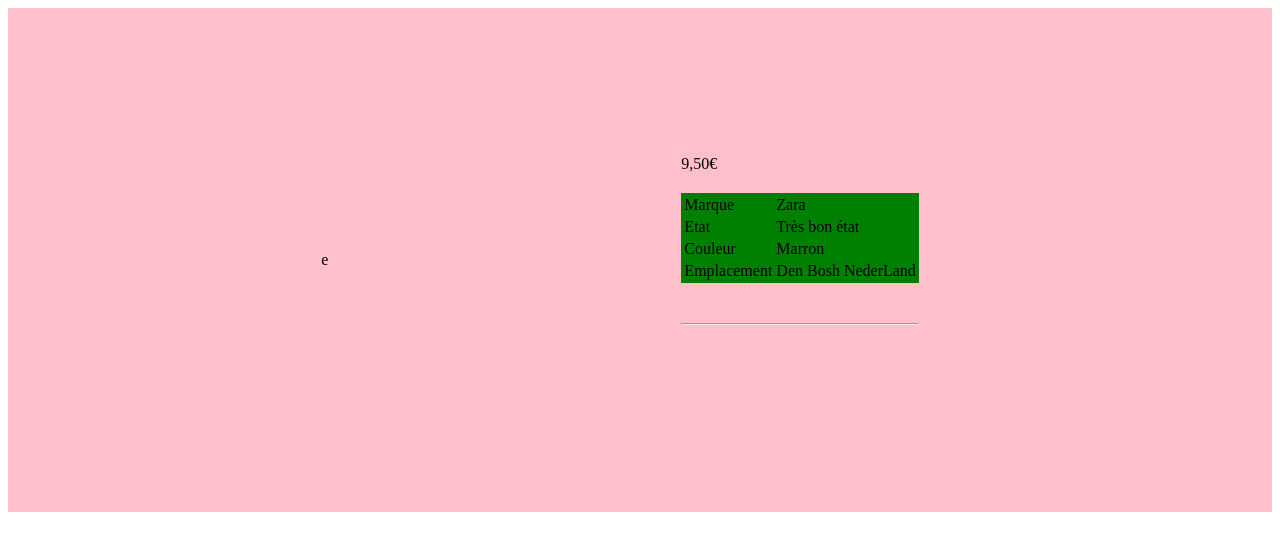
Repository: mel-in-a/vinted-front-clone
Page: html/offer.html
An editor plug-in stored every save of this project. The page is shown before and after a run of saves, followed by the edit.
The browser window is 1280 px wide. The pictures show the whole page.

Above is the page before, as saved 2021-07-29 16:32:47.

### html/offer.html
<!DOCTYPE html>
<html lang="en">
<head>
    <meta charset="UTF-8">
    <meta http-equiv="X-UA-Compatible" content="IE=edge">
    <meta name="viewport" content="width=device-width, initial-scale=1.0">
    <link rel="stylesheet" href="/offer.css">
    <title>Document</title>
</head>
<body>

        <div class="offer">
            <div class="left">e</div>
            <div class="right">
                <div class="price">9,50€</div>
                <div class="horizontal">
                   <table>
                       <tr>
                           <td>Marque</td>
                           <td>Zara</td>
                       </tr>
                       <tr>
                        <td>Etat</td>
                        <td>Très bon état</td>
                    </tr>
                    <tr>
                        <td>Couleur</td>
                        <td>Marron</td>
                    </tr>
                    <tr>
                        <td>Emplacement</td>
                        <td>Den Bosh NederLand</td>
                    </tr>
                   </table>
                </div>
                <hr>

            </div>

    </div>
</body>
</html>

### html/offer.css
.offer {
    width: 100%;
    display: flex;
    background-color:pink;
    height: 70vh;
    justify-content: space-evenly;
    align-items: center;

  }

  .offer.left, .offer.right {
    width: 20vw;
    background-color: orange;
    height: 80%;
  }

  .right {
      padding: 40px;
      box-sizing: border-box;
  }

  .horizontal {
    margin-top: 20px;
      background-color:green

  }

  .horizontal table {
      width: 100%;
  }

  hr {
      margin: 40px 0
  }

After the next 2 saves:
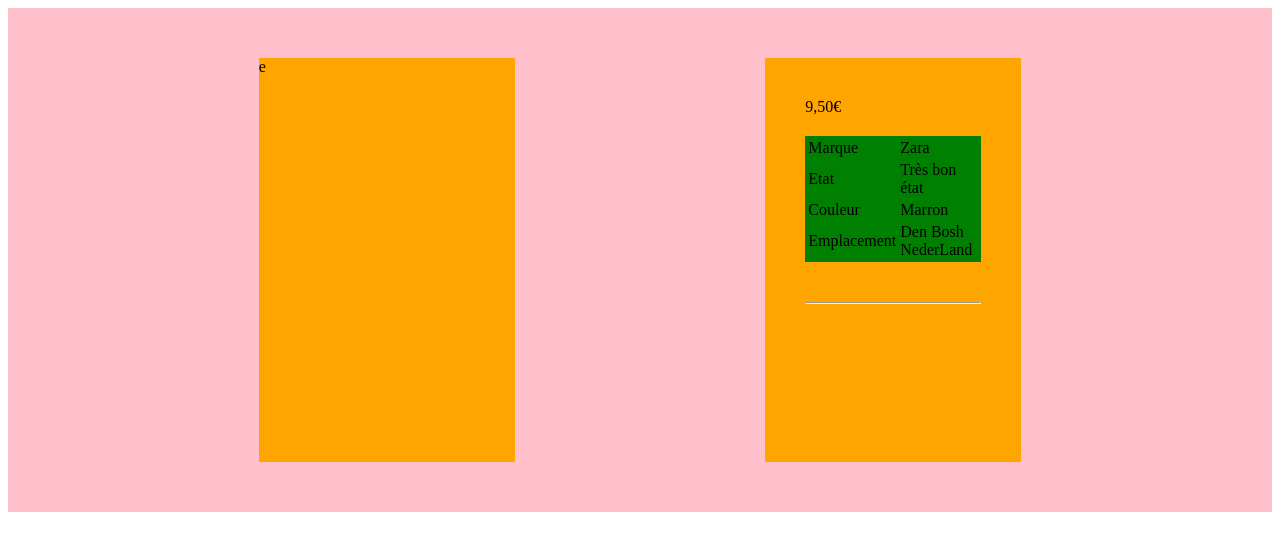
The 2 saves are shown as one change because they came seconds apart.
The last was saved 15 s later.
--- a/html/offer.css
+++ b/html/offer.css
@@ -8,7 +8,7 @@
 
   }
 
-  .offer.left, .offer.right {
+  .offer .left, .offer .right {
     width: 20vw;
     background-color: orange;
     height: 80%;
